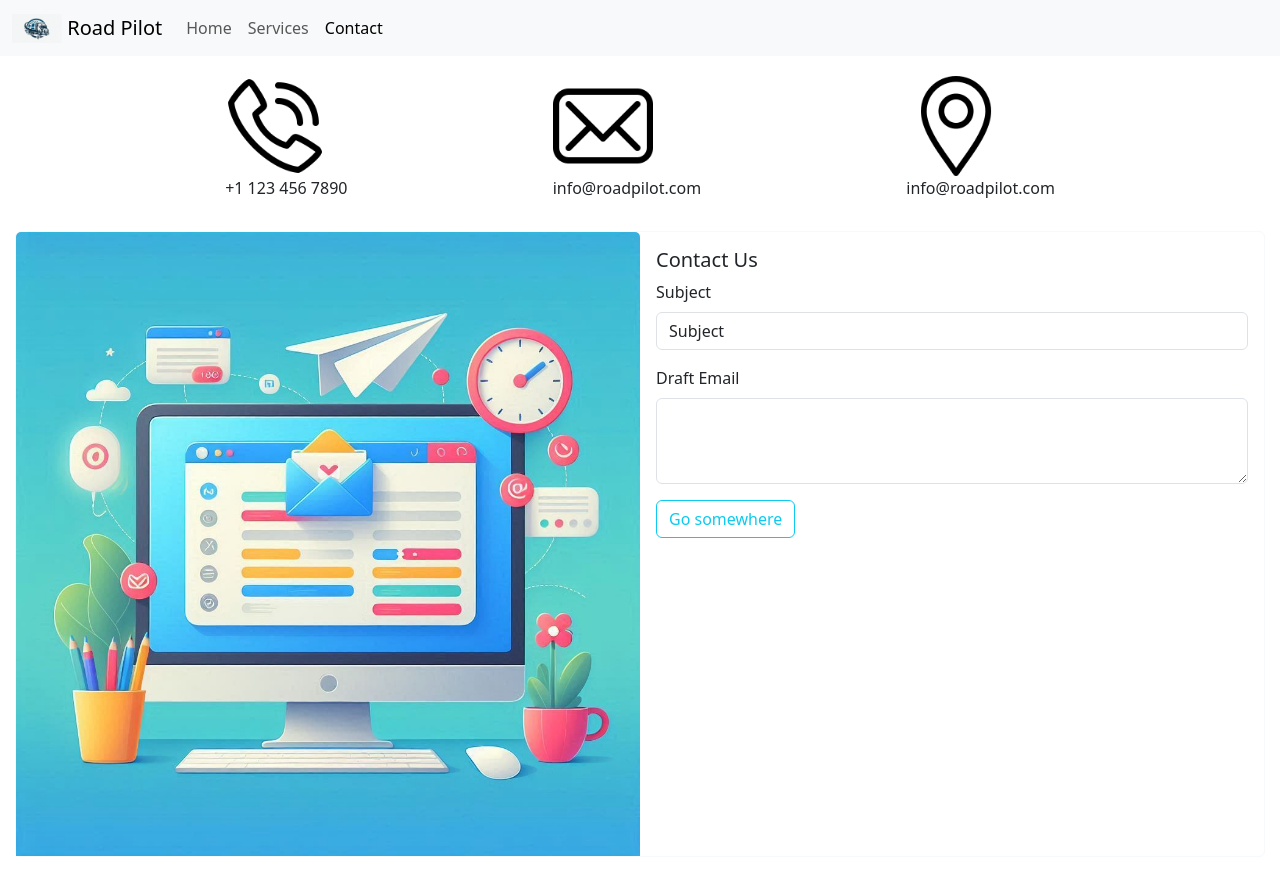
Repository: VictoriousMango/WebCreator
Page: pages/contact.html
An editor plug-in stored every save of this project. The page is shown before and after a run of saves, followed by the edit.
The browser window is 1280 px wide. The pictures show the whole page.

Above is the page before, as saved 2024-11-09 13:17:30.

### pages/contact.html
<!DOCTYPE html>
<html lang="en">

<head>
    <meta charset="UTF-8">
    <meta name="viewport" content="width=device-width, initial-scale=1.0">
    <title>Web Creator</title>
    <link href="https://cdn.jsdelivr.net/npm/bootstrap@5.3.3/dist/css/bootstrap.min.css" rel="stylesheet"
        integrity="sha384-QWTKZyjpPEjISv5WaRU9OFeRpok6YctnYmDr5pNlyT2bRjXh0JMhjY6hW+ALEwIH" crossorigin="anonymous">
    <link rel="stylesheet" href="../assets/css/contact.css">
</head>

<body>
    <!-- Navbar -->
    <nav class="navbar navbar-expand-lg bg-body-tertiary">
        <div class="container-fluid">
            <a class="navbar-brand" href="#">
                <img src="../assets/images/Logo.png" alt="Logo" width="50px" class="d-inline-block align-text-top">
                Road Pilot
            </a>
            <button class="navbar-toggler" type="button" data-bs-toggle="collapse" data-bs-target="#navbarNav"
                aria-controls="navbarNav" aria-expanded="false" aria-label="Toggle navigation">
                <span class="navbar-toggler-icon"></span>
            </button>
            <div class="collapse navbar-collapse" id="navbarNav">
                <ul class="navbar-nav">
                    <li class="nav-item">
                        <a class="nav-link" href="../">Home</a>
                    </li>
                    <li class="nav-item">
                        <a class="nav-link" href="./services.html">Services</a>
                    </li>
                    <li class="nav-item">
                        <a class="nav-link active" aria-current="page" href="#">Contact</a>
                    </li>
                </ul>
            </div>
        </div>
    </nav>
    <!-- NavBar -->

    <!-- Contact -->
    <div class="contact">
        <!-- div for icons -->
        <div class="contact__links">
            <!-- phone number -->
             <div class="contact__link">
                <img class="contact__linksIMG" src="../assets/images/contact__phone.png" alt="">
                <p class="contact__linksText">+1 123 456 7890</p>
             </div>
             <div class="contact__link">
                <img class="contact__linksIMG" src="../assets/images/contact__email.png" alt="">
                <p class="contact__linksText">info@roadpilot.com</p>
             </div>
             <div class="contact__link">
                <img class="contact__linksIMG" src="../assets/images/contact__location.png" alt="">
                <p class="contact__linksText">info@roadpilot.com</p>
             </div>
        </div>
        <!-- Dic for Sending Mails -->
        <div class="card border-light">
            <img src="../assets/images/contact__mailUs.png" class="card-img-top" alt="...">
            <div class="card-body">
                <h5 class="card-title">Contact Us</h5>
                <div class="mb-3">
                    <label for="subject" class="form-label">Subject</label>
                    <input type="text" class="form-control" id="subject" value="Subject">
                </div>
                <div class="mb-3">
                    <label for="emailContent" class="form-label">Draft Email</label>
                    <textarea class="form-control" id="emailContent" rows="3" value="Hi company!"></textarea>
                </div>
                <button id="sendEmailBtn" class="btn btn-outline-info" onclick="sendEmail()">Go somewhere</button>
            </div>
        </div>
    </div>
    <!-- Contact -->
    <!-- Scripts -->
    <script src="https://cdn.jsdelivr.net/npm/bootstrap@5.3.3/dist/js/bootstrap.bundle.min.js"
        integrity="sha384-YvpcrYf0tY3lHB60NNkmXc5s9fDVZLESaAA55NDzOxhy9GkcIdslK1eN7N6jIeHz"
        crossorigin="anonymous"></script>
    <script src="https://cdn.jsdelivr.net/npm/@popperjs/core@2.11.8/dist/umd/popper.min.js"
        integrity="sha384-I7E8VVD/ismYTF4hNIPjVp/Zjvgyol6VFvRkX/vR+Vc4jQkC+hVqc2pM8ODewa9r"
        crossorigin="anonymous"></script>
    <script src="https://cdn.jsdelivr.net/npm/bootstrap@5.3.3/dist/js/bootstrap.min.js"
        integrity="sha384-0pUGZvbkm6XF6gxjEnlmuGrJXVbNuzT9qBBavbLwCsOGabYfZo0T0to5eqruptLy"
        crossorigin="anonymous"></script>
    <script>
        function sendEmail() {
            const subject = document.getElementById('subject').value;
            const body = document.getElementById('emailContent').value;
            const screenWidth = window.innerWidth;

            if (screenWidth > 600) {
                // Open Gmail with pre-filled subject and body
                const gmailUrl = `https://mail.google.com/mail/?view=cm&fs=1&to=additya.akash.mishra@gmail.com&su=${encodeURIComponent(subject)}&body=${encodeURIComponent(body)}`;
                window.open(gmailUrl, '_blank');
            } else {
                // Open default mail app
                const mailtoUrl = `mailto:additya.akash.mishra@gmail.com?subject=${encodeURIComponent(subject)}&body=${encodeURIComponent(body)}`;
                window.location.href = mailtoUrl;
            }
        }
    </script>

</body>

</html>

### assets/css/contact.css
.contact {
    padding: 10px;
}

.contact__links {
    display: flex;
    justify-content: space-evenly;
    padding: 10px;
}

.contact__linksIMG {
    width: 100px;
}

.card {
    /* padding: 5px; */
    margin: 5px;
    display: flex;
    flex-direction: row;
    flex-wrap: wrap;
    justify-content: flex-start;
}
.card-img-top{
    width: 50%;
}
.card-body {
    width: 50%;
}

@media (max-width: 600px) {
    .card {
        flex-direction: column;
    }
    .card-img-top{
        width: 100%;
    }
    .card-body {
        width: 100%;
    }
}

After the next 2 saves:
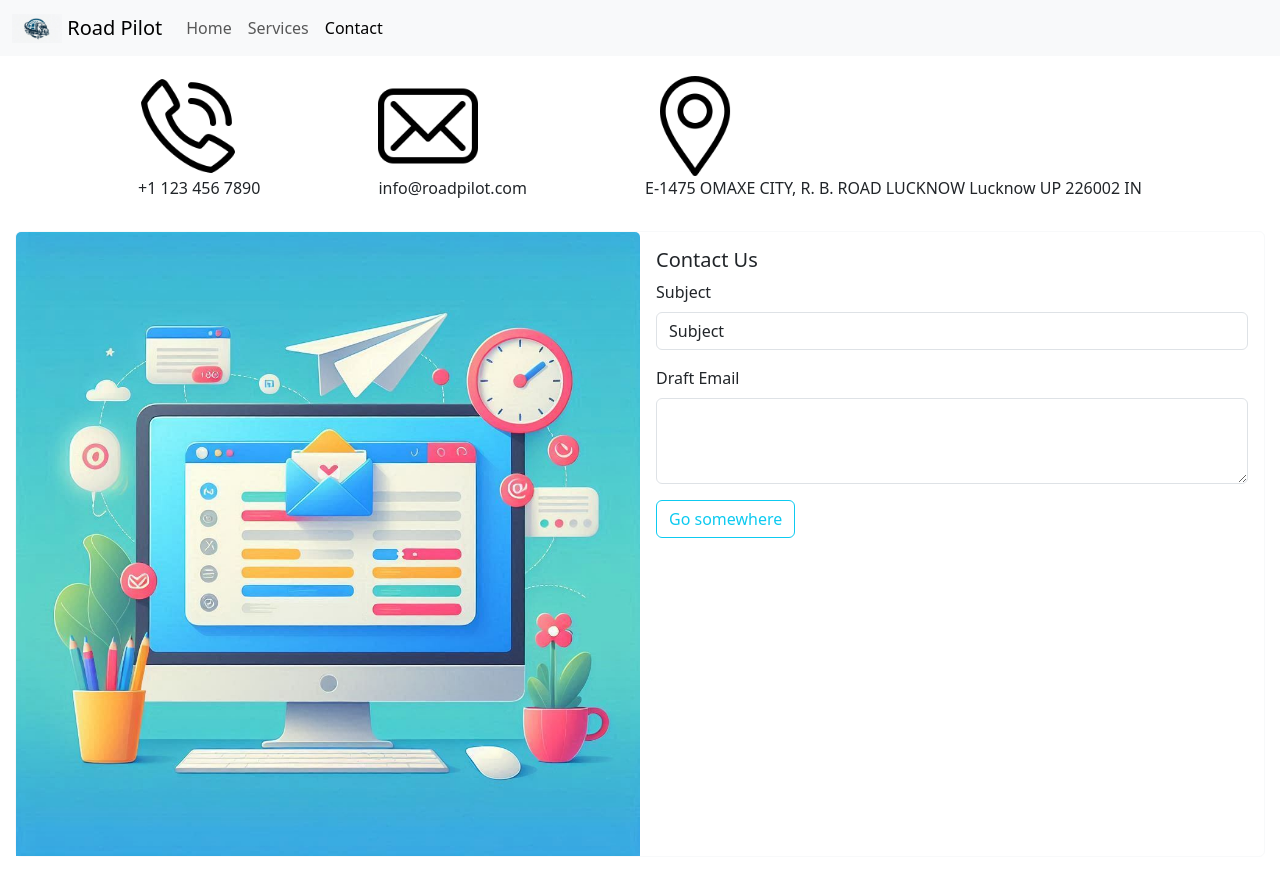
The 2 saves are shown as one change because they came seconds apart.
The last was saved 24 s later.
--- a/pages/contact.html
+++ b/pages/contact.html
@@ -54,7 +54,9 @@
              </div>
              <div class="contact__link">
                 <img class="contact__linksIMG" src="../assets/images/contact__location.png" alt="">
-                <p class="contact__linksText">info@roadpilot.com</p>
+                <p class="contact__linksText">
+                    E-1475 OMAXE CITY, R. B. ROAD LUCKNOW Lucknow UP 226002 IN
+                </p>
              </div>
         </div>
         <!-- Dic for Sending Mails -->
